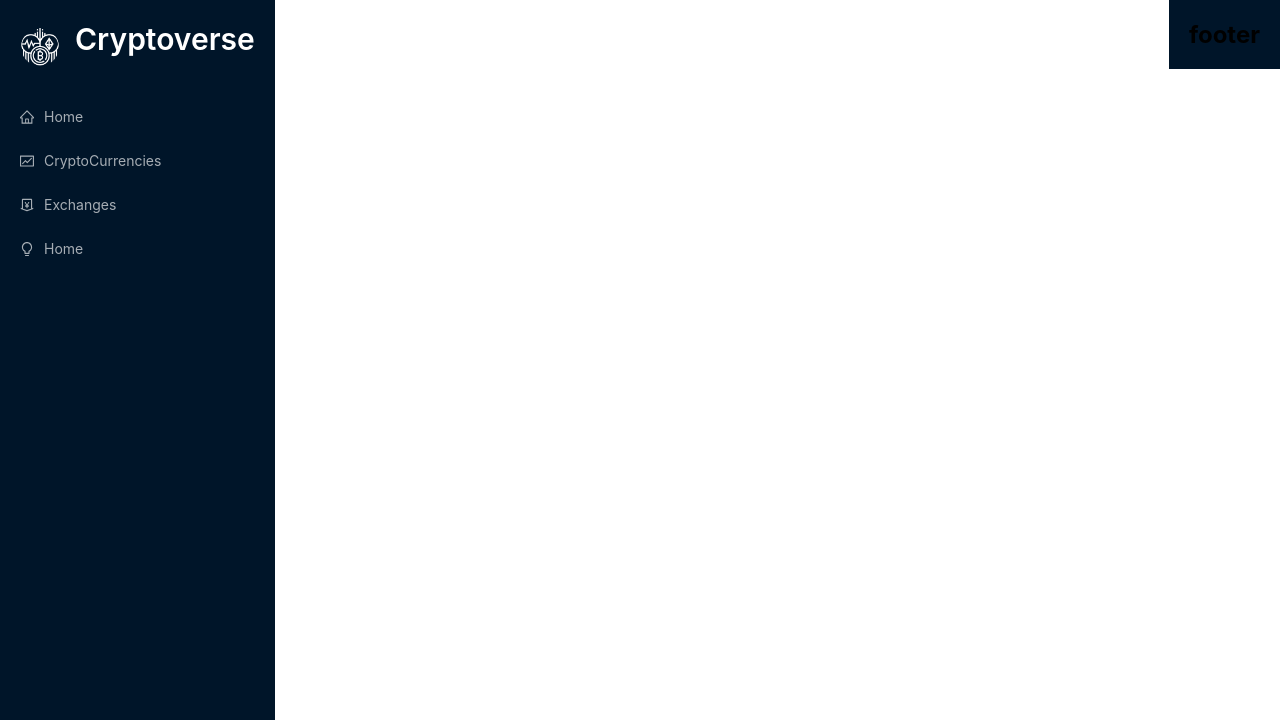
Repository: EyanIngles/CryptoWatcher
Page: /
An editor plug-in stored every save of this project. The page is shown before and after the next save, followed by the edit.
The browser window is 1280 px wide. The pictures show the whole page.
The project was rebuilt for these pictures with package versions that can differ from the ones it lists, and the page was loaded fresh each time. A package was used in the major version that the imports need, not the one package.json lists.

Above is the page before, as saved 2024-04-30 17:38:13.

### public/index.html
<!DOCTYPE html>
<html lang="en">
  <head>
    <meta charset="utf-8" />
    <link rel="icon" href="%PUBLIC_URL%/favicon.ico" />
    <meta name="viewport" content="width=device-width, initial-scale=1" />
    <meta name="theme-color" content="#000000" />
    <meta
      name="description"
      content="Web site created using create-react-app"
    />
    <link rel="apple-touch-icon" href="%PUBLIC_URL%/logo192.png" />
    <link rel="manifest" href="%PUBLIC_URL%/manifest.json" />
    <title>CryptoVerse</title>
  </head>
  <body>
    <noscript>You need to enable JavaScript to run this app.</noscript>
    <div id="root"></div>
  </body>
</html>

### src/index.js
import React from 'react';
import ReactDOM from 'react-dom/client';
import { BrowserRouter as Router } from 'react-router-dom';
import './index.css';
import App from './App';
import reportWebVitals from './reportWebVitals';

const root = ReactDOM.createRoot(document.getElementById('root'));
root.render(
  <React.StrictMode>
    <Router><App /></Router>
  </React.StrictMode>
);

// If you want to start measuring performance in your app, pass a function
// to log results (for example: reportWebVitals(console.log))
// or send to an analytics endpoint. Learn more: https://bit.ly/CRA-vitals
reportWebVitals();

### src/App.js
import React from 'react'
import './App.css';
import { Switch, Route, Link } from 'react-router-dom';
import { Layout, Typography, Space } from 'antd';


import { Navbar } from './components';
const App = () => {
  return (
    <div className='app'>
      <div className='navbar'>
        <Navbar></Navbar>
      </div>
      <div className='main'>

      </div>
      <div className='footer'>
        <h2>footer</h2>
      </div>
    </div>
  )
}

export default App

### src/components/Navbar.jsx
import React from 'react'
import { Button, Menu, Typography, Avatar} from 'antd'
import { Link } from 'react-router-dom'
import { HomeOutlined, MoneyCollectOutlined, BulbOutlined, FundOutlined, MenuOutlined} from '@ant-design/icons'


import icon from '../images/cryptocurrency.png';
const Navbar = () => {
  return (
    <div className='nav-container'>
        <div className='logo-container'>
            <Avatar src={icon} size="large" />
            <Typography.Title level={2} className='logo'>
                <Link to='/'>Cryptoverse</Link>
            </Typography.Title>
        </div>
        <Menu theme='dark'>
          <Menu.Item icon={<HomeOutlined />}>
            <Link to="/">Home</Link>
          </Menu.Item>
          <Menu.Item icon={<FundOutlined />}>
            <Link to="/cryptocurrencies">CryptoCurrencies</Link>
          </Menu.Item>
          <Menu.Item icon={<MoneyCollectOutlined />}>
            <Link to="/exchanges">Exchanges</Link>
          </Menu.Item>
          <Menu.Item icon={<BulbOutlined />}>
            <Link to="/">Home</Link>
          </Menu.Item>
        </Menu>
    </div>
  )
}

export default Navbar

Loaded but not shown: src/index.css (common file); src/reportWebVitals.js (common file); src/App.css (common file); src/components/index.js (common file)

After the next save:
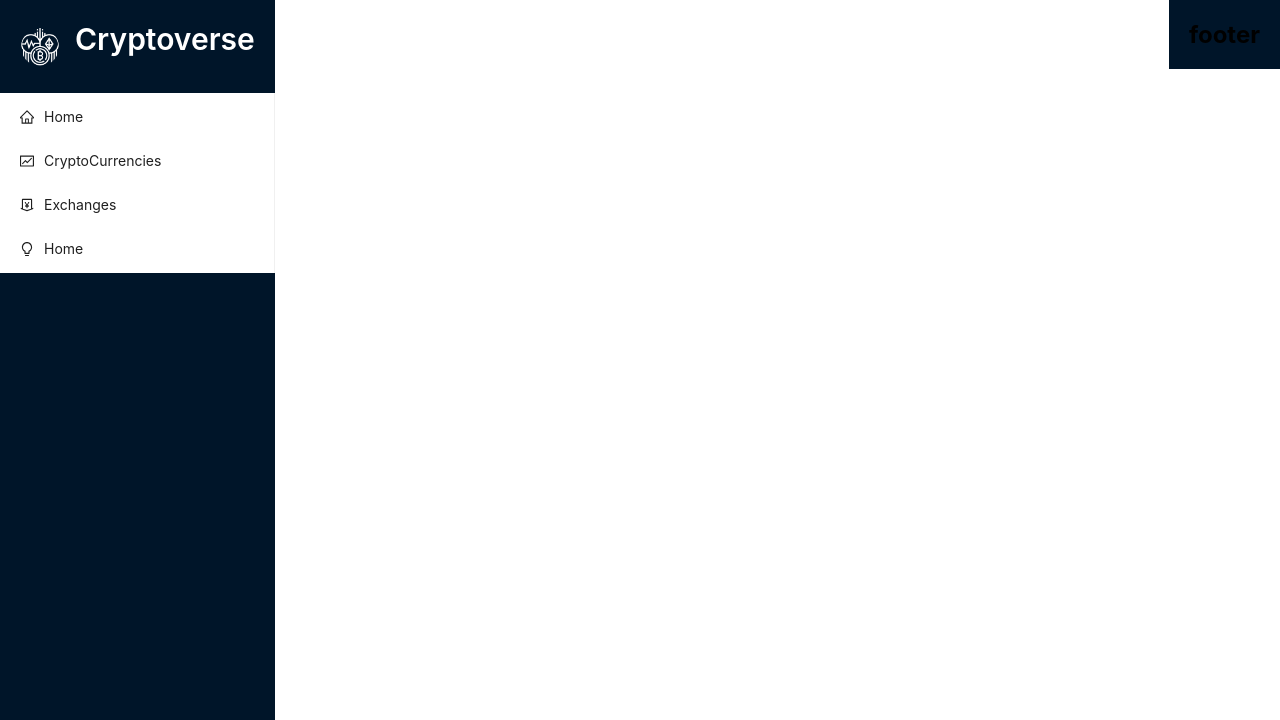
Saved 8 min 31 s later.
--- a/src/components/Navbar.jsx
+++ b/src/components/Navbar.jsx
@@ -14,7 +14,7 @@
                 <Link to='/'>Cryptoverse</Link>
             </Typography.Title>
         </div>
-        <Menu theme='dark'>
+        <Menu theme='light'>
           <Menu.Item icon={<HomeOutlined />}>
             <Link to="/">Home</Link>
           </Menu.Item>

After the 2 saves that followed:
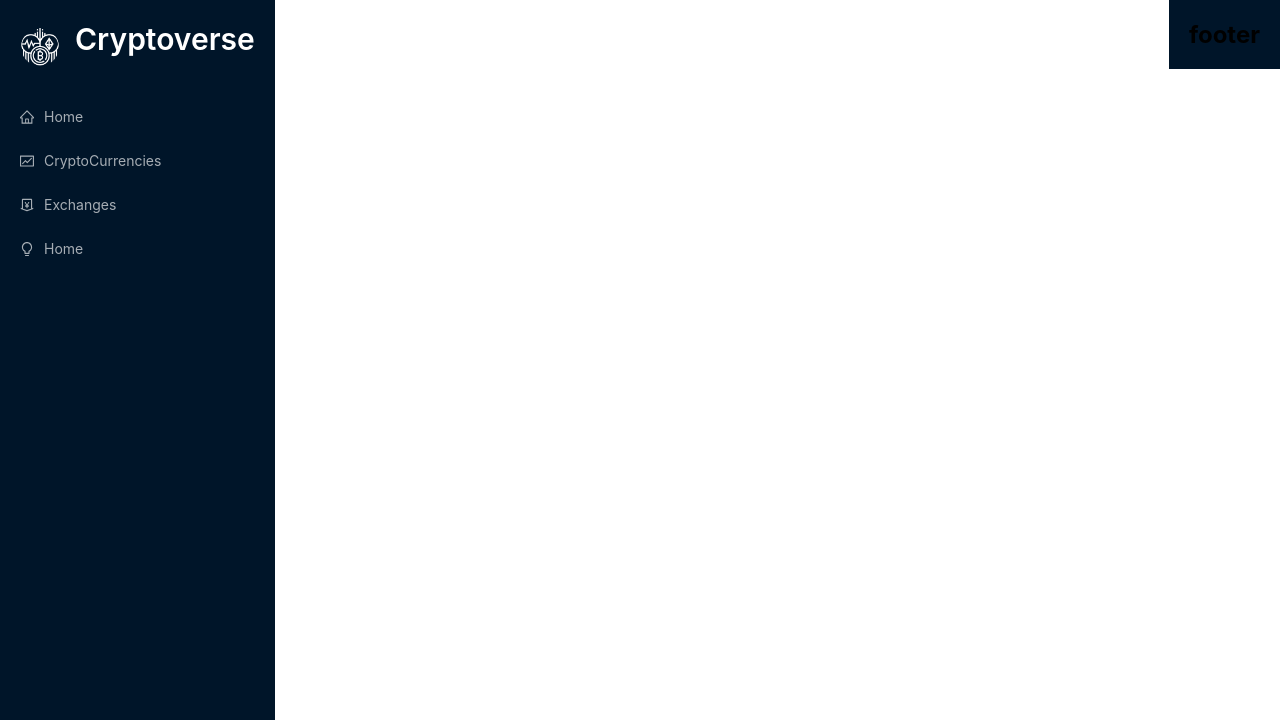
The 2 saves are shown as one change because they came seconds apart.
The last was saved 10 s later.
--- a/src/components/Navbar.jsx
+++ b/src/components/Navbar.jsx
@@ -14,7 +14,7 @@
                 <Link to='/'>Cryptoverse</Link>
             </Typography.Title>
         </div>
-        <Menu theme='light'>
+        <Menu theme='dark'>
           <Menu.Item icon={<HomeOutlined />}>
             <Link to="/">Home</Link>
           </Menu.Item>
